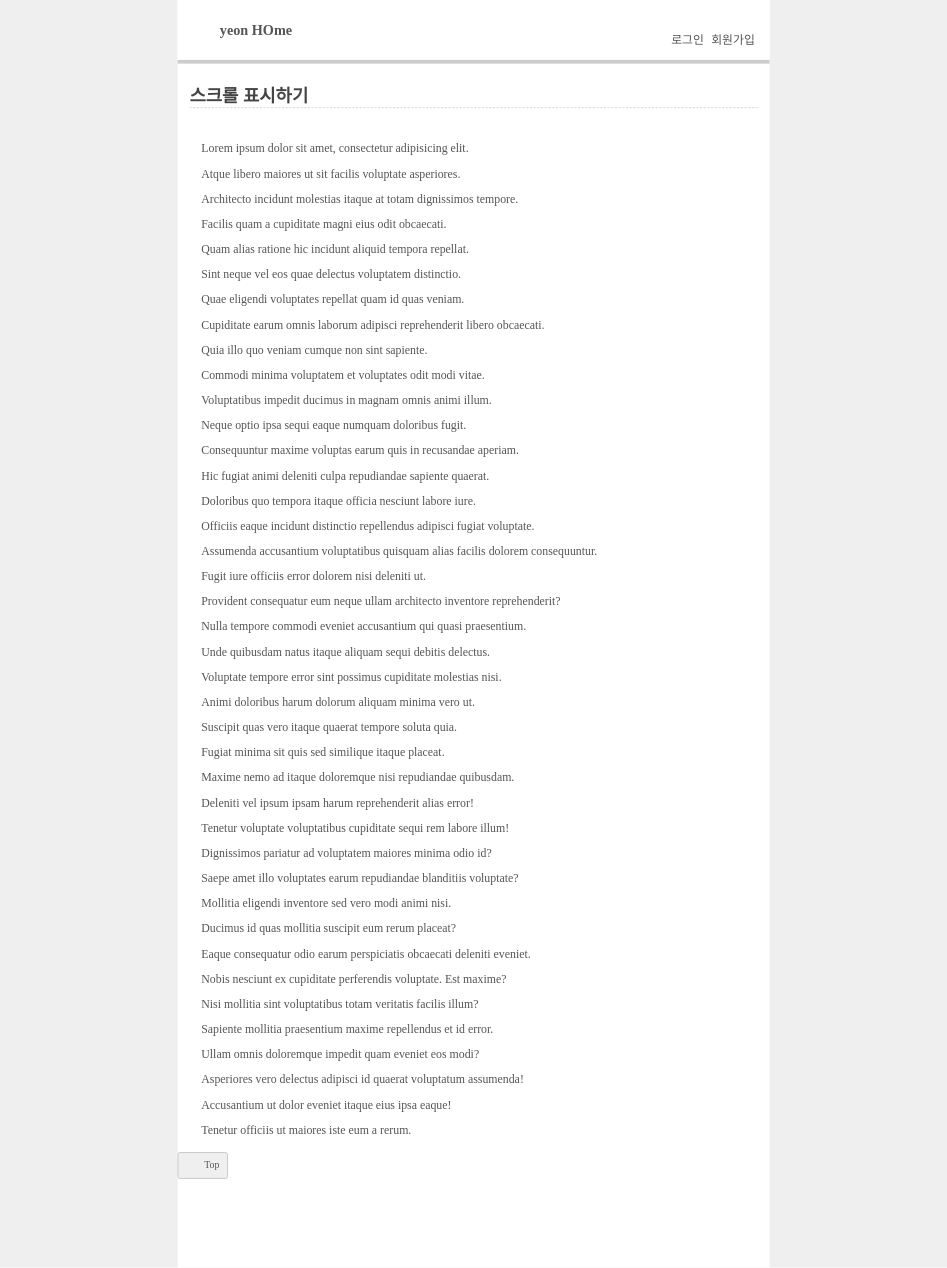
Repository: yeonhwa323/webPro
Page: webPro/src/main/webapp/javascript/days07/ex11.html
The author's editor kept a copy of each file at every save. The page is drawn from the files as they stood at one save, then again after the next save.
The browser window is 1280 px wide. The pictures show the whole page, at 74% of full size.
Some web fonts or font styles are not loaded; a fallback is used.

Above is the page before, as saved 2024-04-15 05:23:32.

After the next save:
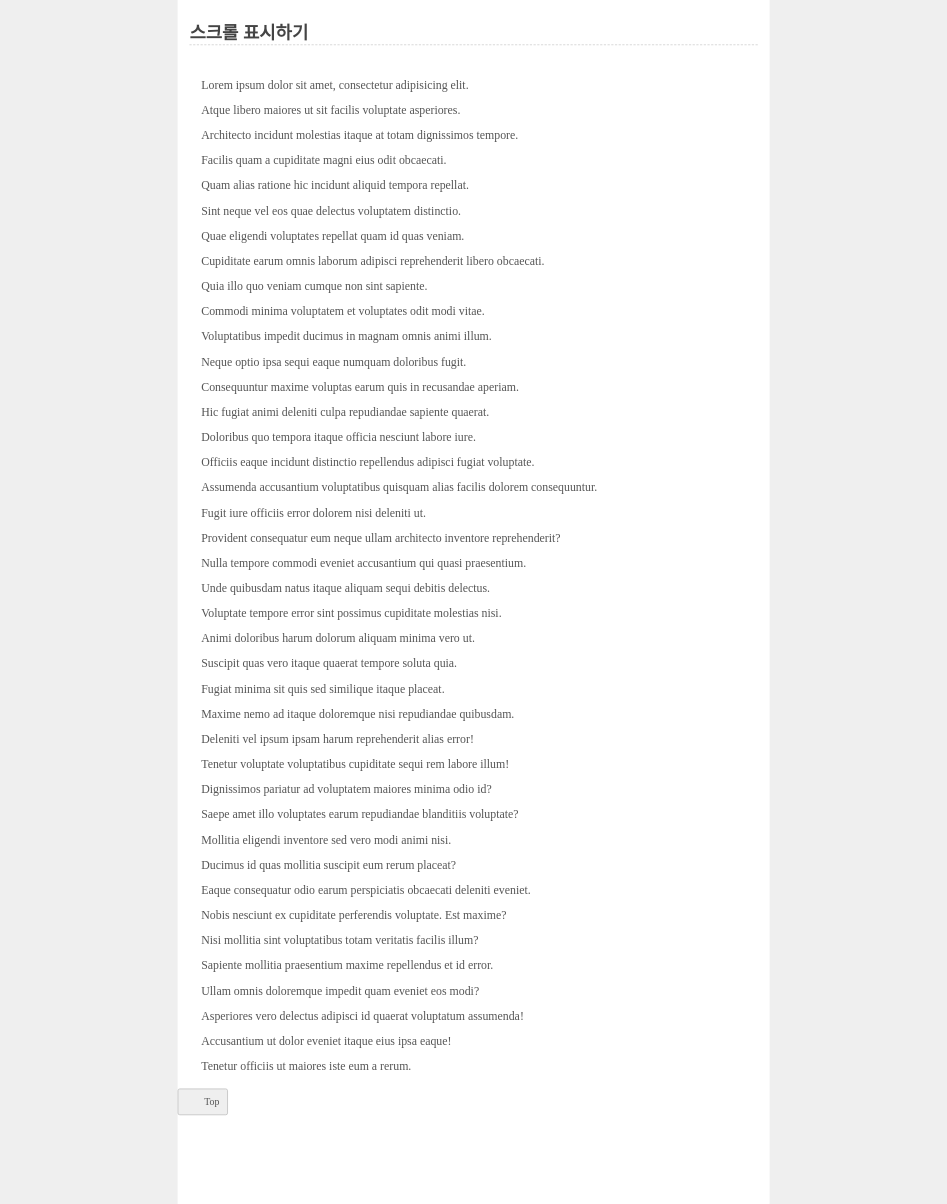
Saved 18 s later.
--- a/webPro/src/main/webapp/javascript/days07/ex11.html
+++ b/webPro/src/main/webapp/javascript/days07/ex11.html
@@ -18,16 +18,6 @@
 </style>
 </head>
 <body>
-	<header>
-		<h1 class="main">
-			<a href="#" style="position: absolute; top: 30px;">yeon HOme</a>
-		</h1>
-		<ul>
-			<li><a href="#">로그인</a></li>
-			<li><a href="#">회원가입</a></li>
-		</ul>
-	</header>
-
 	<div class="header">
 		<h2>스크롤 표시하기</h2>
 		<div class="process-container">
